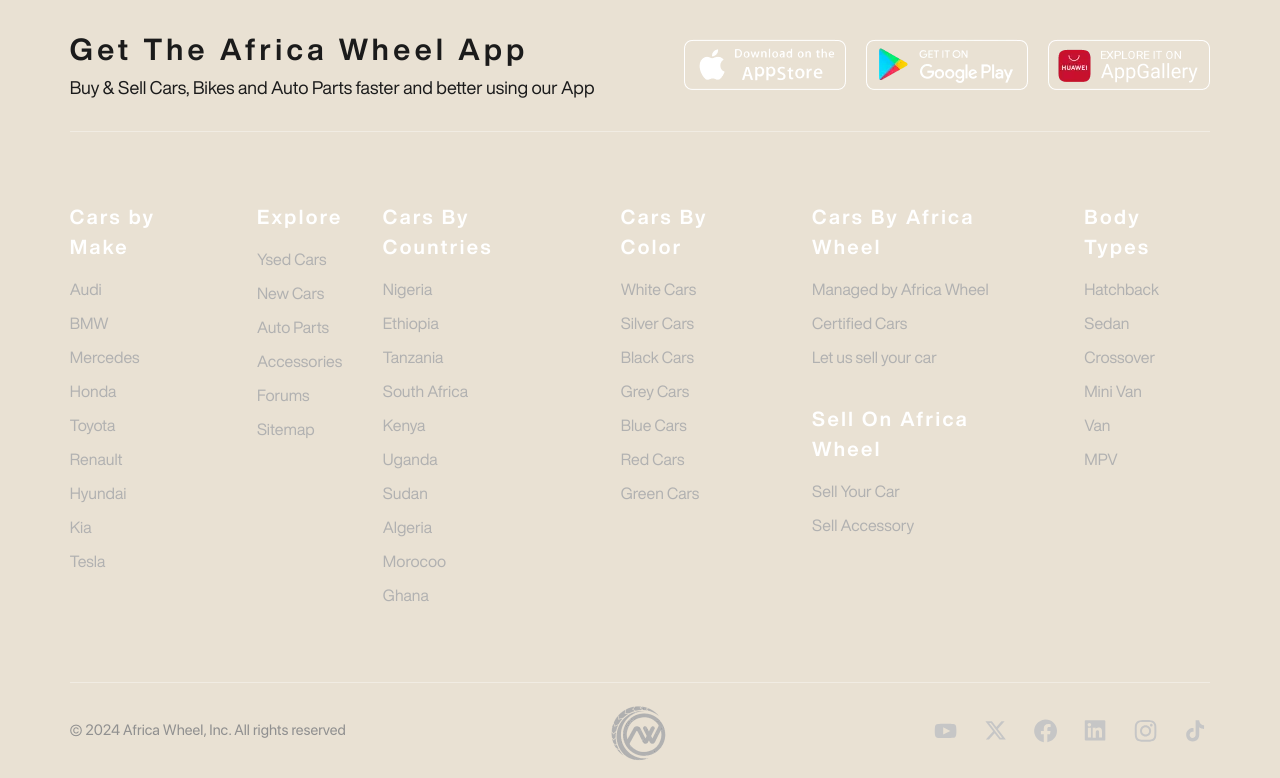
Repository: usmanunitedsol/africa_wheel
Page: pages/index.html
An editor plug-in stored every save of this project. The page is shown before and after the next save, followed by the edit.
The browser window is 1280 px wide. The pictures show the whole page.
The style sheet was rebuilt from its Sass, Less or Tailwind sources for each picture, by a compiler version that may differ from the author's.

Above is the page before, as saved 2024-08-29 16:04:12.
Console error: TypeError: Cannot read properties of null (reading 'addEventListener')

After the next save:
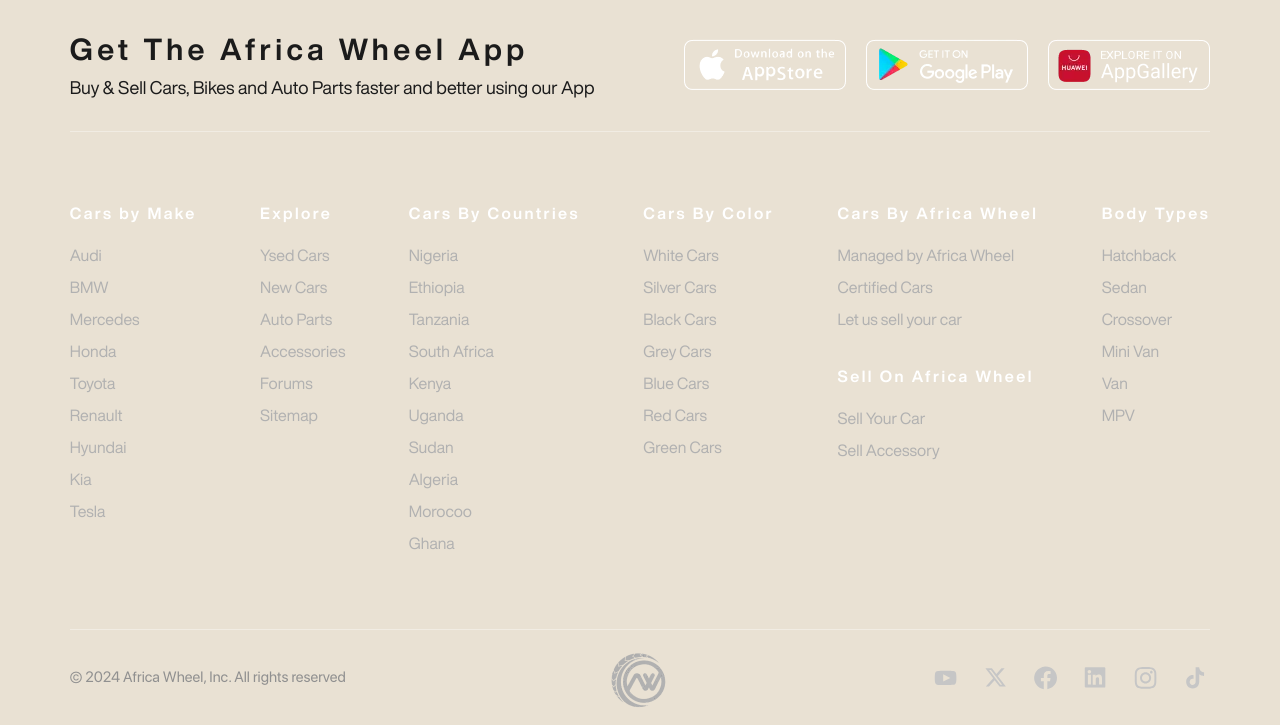
Saved 86 s later.
--- a/assets/style/less/footer.less
+++ b/assets/style/less/footer.less
@@ -94,7 +94,7 @@
                       p{font-size: 14px; line-height: 20px;}
              }
         }
-        .footer_body { padding: 30px 0;
+        .footer_body { padding: 30px 0; grid
                 .footer_block{
                            .footer_title { font-size: 20px; line-height: 30px; font-weight: 600; margin-bottom: 10px; }
 
